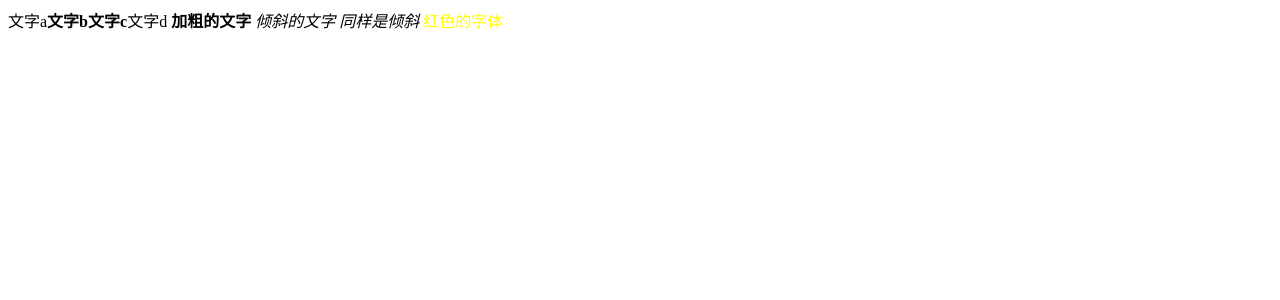
Repository: lqcoffical/basic-frontCode
Page: demohtml/文本标签.html
An editor plug-in stored every save of this project. The page is shown before and after the next save, followed by the edit.
The browser window is 1280 px wide. The pictures show the whole page.

Above is the page before, as saved 2019-10-15 15:05:17.

### demohtml/文本标签.html
<!DOCTYPE html>
<html lang="en">
<head>
    <meta charset="UTF-8">
    <meta name="viewport" content="width=device-width, initial-scale=1.0">
    <meta http-equiv="X-UA-Compatible" content="ie=edge">
    <title>文本标签的学习</title>
</head>
<body>
    <!-- 加粗：<b></b>标签是加粗，只是简单地加粗 -->
    文字a<b>文字b文字c</b>文字d
    <!-- 加粗：<strong></strong>标签也是加粗效果，有表示语义强调的意思 -->
    <strong>加粗的文字</strong>
    <!-- 倾斜：<i></i>标签表示倾斜的字体 <em></em>标签同样表示倾斜，em带有一些语气词表示标注的意思 -->
    <i>倾斜的文字</i>
    <em>同样是倾斜</em>
    <!-- 删除线：<s></s>和<del></del>标签表示删除线 -->
    <!-- 下划线：<u></u>和<ins></ins>标签表示下划线 -->
    <!-- 设置字体：<font></font>标签可以通过其属性对字体进行设置 -->
    <font color = "yellow">红色的字体</font>
</body>
</html>

After the next save:
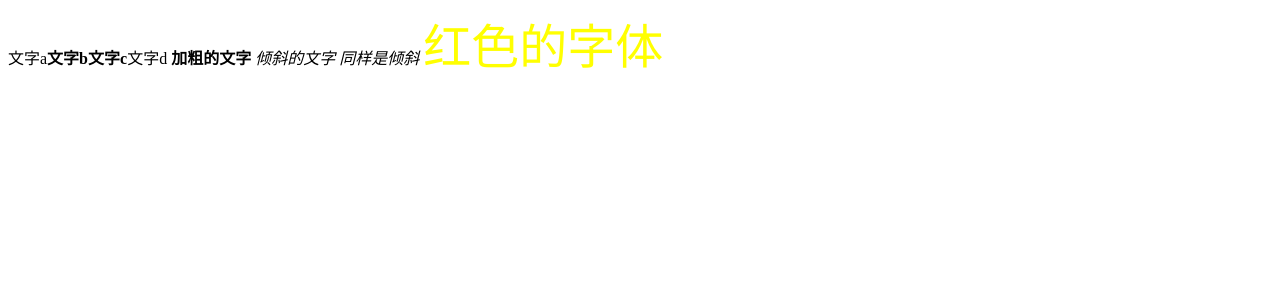
Saved 32 min 49 s later.
--- a/demohtml/文本标签.html
+++ b/demohtml/文本标签.html
@@ -16,7 +16,7 @@
     <em>同样是倾斜</em>
     <!-- 删除线：<s></s>和<del></del>标签表示删除线 -->
     <!-- 下划线：<u></u>和<ins></ins>标签表示下划线 -->
-    <!-- 设置字体：<font></font>标签可以通过其属性对字体进行设置 -->
-    <font color = "yellow">红色的字体</font>
+    <!-- 设置字体：<font></font>标签可以通过其属性对字体进行设置 color：字体颜色 size：字体大小(1~7) -->
+    <font color = "yellow" size = "7">红色的字体</font>
 </body>
 </html>
